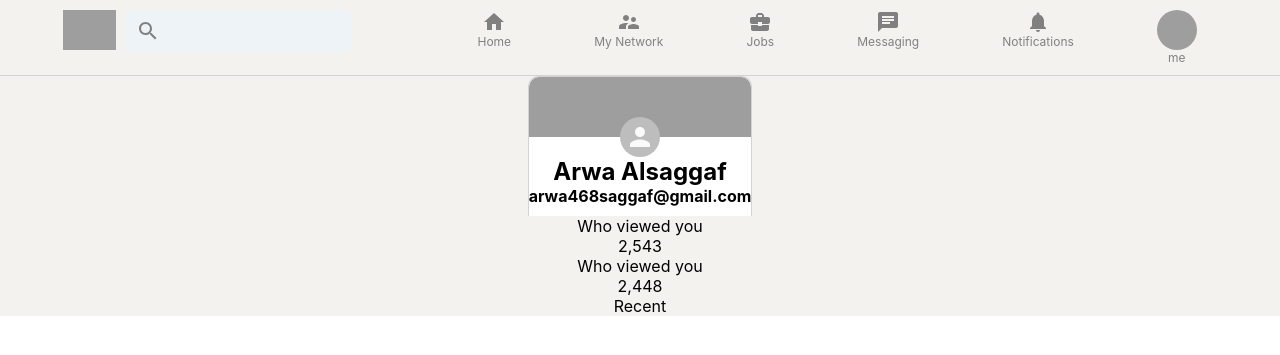
Repository: MEROO1010/linkedIn-clone-
Page: /
These files come from the project's save history. The page is drawn as it stood at one moment and after the next save; the edit follows.
The browser window is 1280 px wide. The pictures show the whole page.
Pictures or frames that could not be fetched are drawn as grey boxes. The project was rebuilt for these pictures with package versions that can differ from the ones it lists, and the page was loaded fresh each time.

Above is the page before, as saved 2023-12-02 10:33:54.

After the next save:
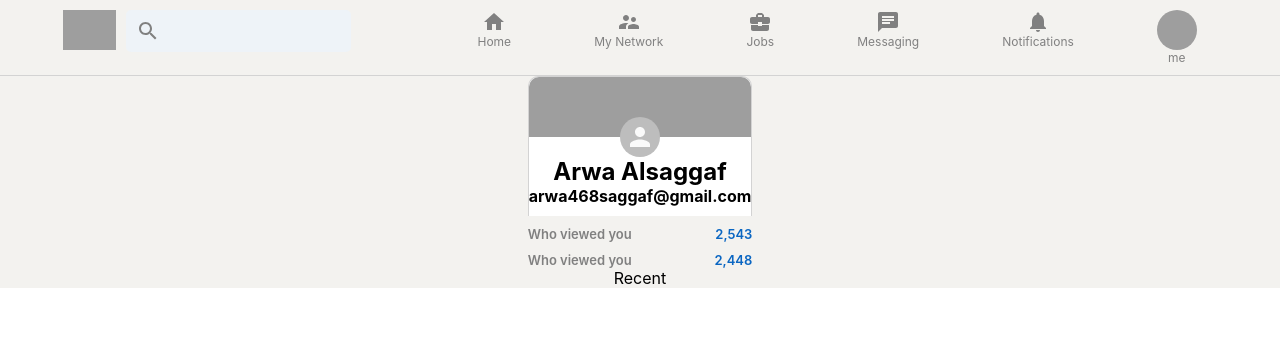
Saved 6 min 5 s later.
--- a/src/Sidebar.css
+++ b/src/Sidebar.css
@@ -31,3 +31,21 @@
     border-top-right-radius:10px ;
     object-fit: cover;
 }
+
+
+.sidebar__stat {
+    margin-top: 10px;
+    display: flex;
+    justify-content: space-between;
+}
+
+.sidebar__stat > p {
+    color: gray;
+    font-size: 13px;
+    font-weight: 600;
+}
+
+.sidebar__statNumber {
+    font-weight: bold;
+    color: #0a66c2 !important;
+}
